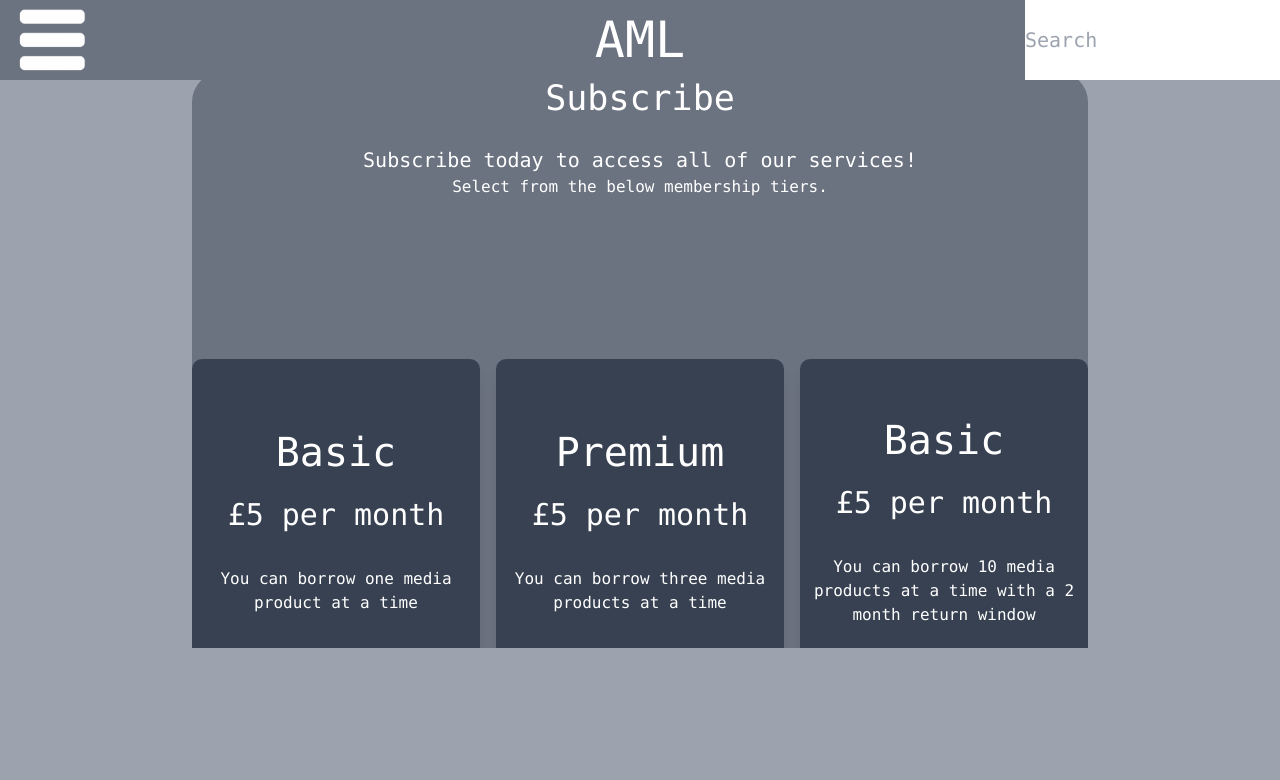
Repository: DuyKhanhDo/AML-Concept
Page: http://localhost/subscribe
The author's editor kept a copy of each file at every save. The page is drawn from the files as they stood at one save, then again after the next save.
The browser window is 1280 px wide. The pictures show the whole page.
Some web libraries are served in a nearby version. The page is served by the project's Laravel application, run on PHP 8.4 with Laravel 12. A made-up administrator, Test User (test@example.com), is signed in.

Above is the page before, as saved 2024-11-11 13:04:58.

After the next save:
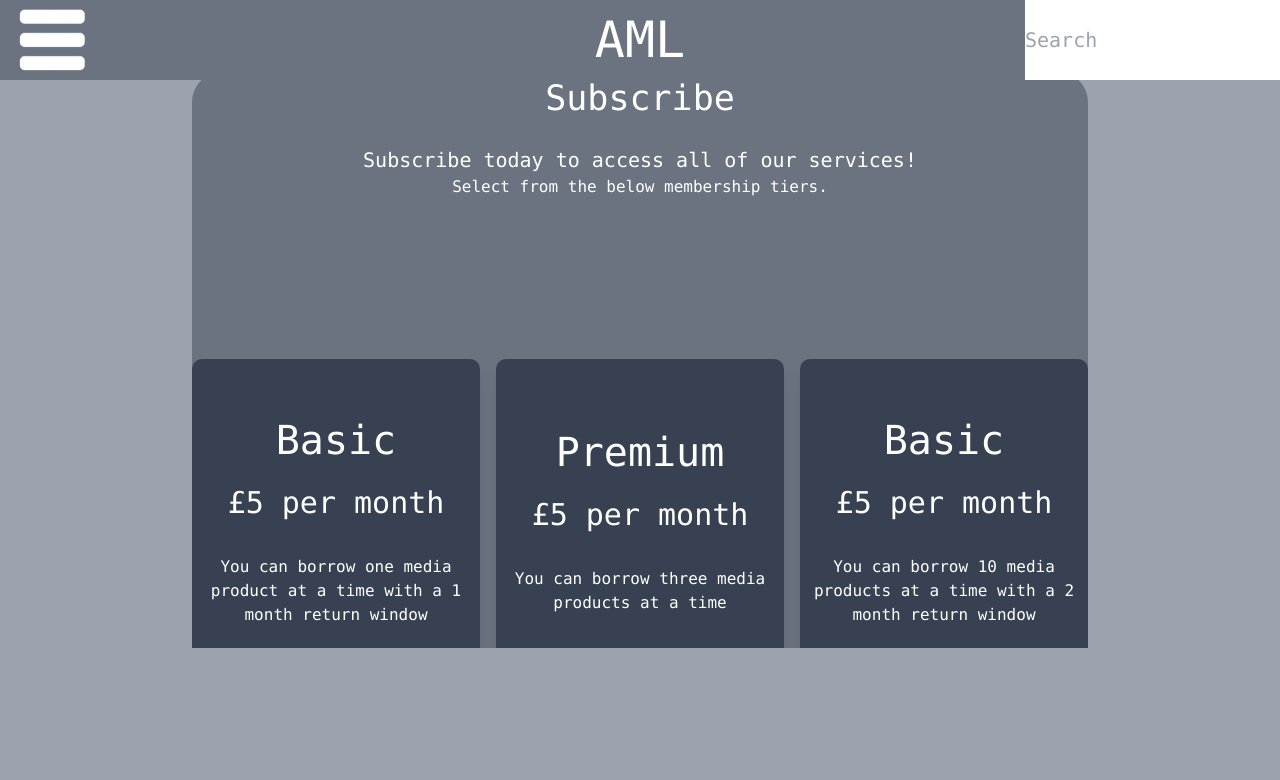
Saved 8 s later.
--- a/resources/views/subscribe.blade.php
+++ b/resources/views/subscribe.blade.php
@@ -6,7 +6,7 @@
                 <h3 class="text-[20px] mt-[20px]">Subscribe today to access all of our services!</h3>
                 <h5>Select from the below membership tiers.</h5>
                 <div class="flex overflow-x-auto w-full space-x-4 justify-center">
-                    <x-subscription-tier tier='Basic' price='£5' benefits='You can borrow one media product at a time'></x-subscription-tier>
+                    <x-subscription-tier tier='Basic' price='£5' benefits='You can borrow one media product at a time with a 1 month return window'></x-subscription-tier>
                     <x-subscription-tier tier='Premium' price='£5' benefits='You can borrow three media products at a time'></x-subscription-tier>
                     <x-subscription-tier tier='Basic' price='£5' benefits='You can borrow 10 media products at a time with a 2 month return window'></x-subscription-tier>
                 </div>
